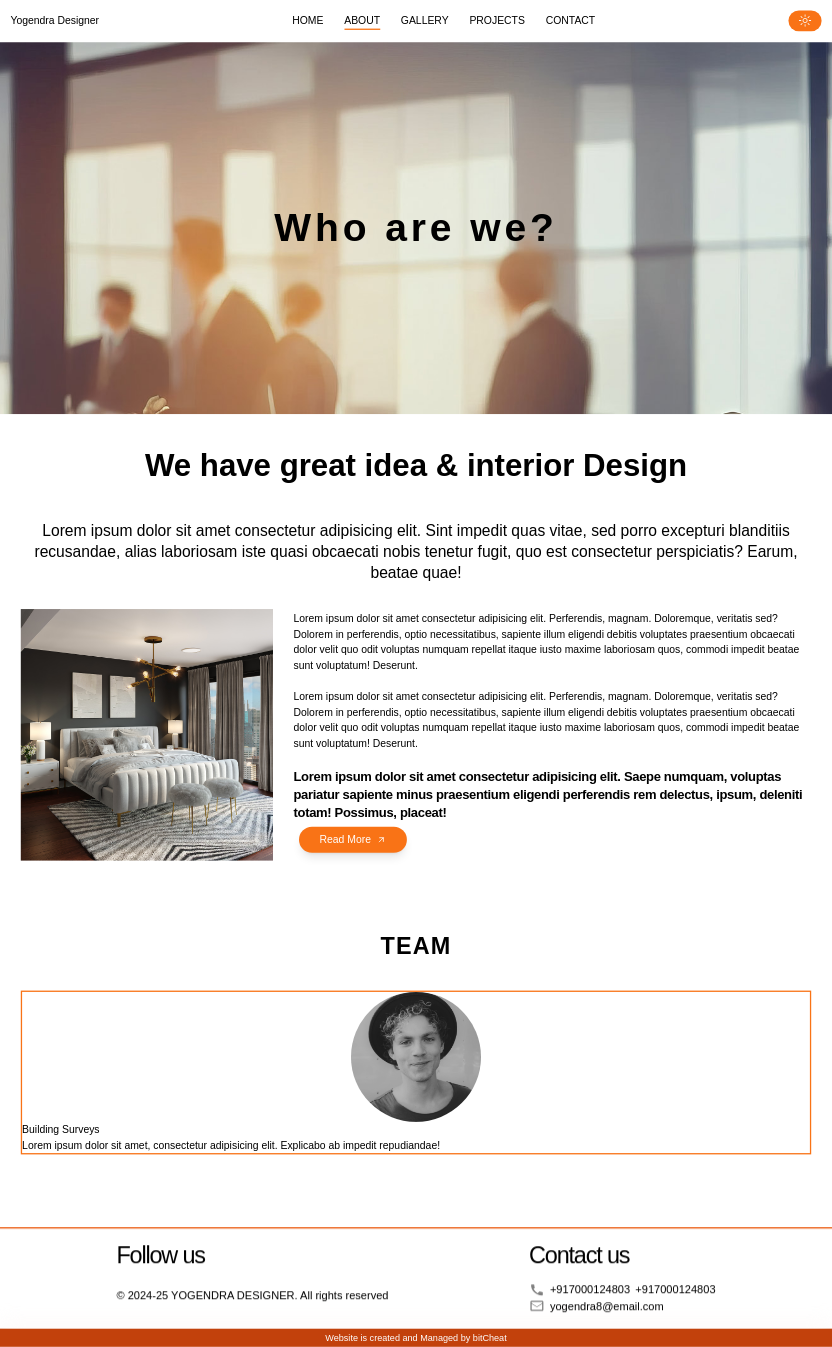
Repository: hitoutvrma/MB_designs-Interior-Designing-website
Page: /about
An editor plug-in stored every save of this project. The page is shown before and after the next save, followed by the edit.
The browser window is 1280 px wide. The pictures show the whole page, at 65% of full size.
The project was rebuilt for these pictures with package versions that can differ from the ones it lists, and the page was loaded fresh each time. The framework's server and built-in components were replaced by stand-ins that run in the browser. Also part of the build but not shown: next.config.mjs.

Above is the page before, as saved 2024-09-16 20:58:46.

After the next save:
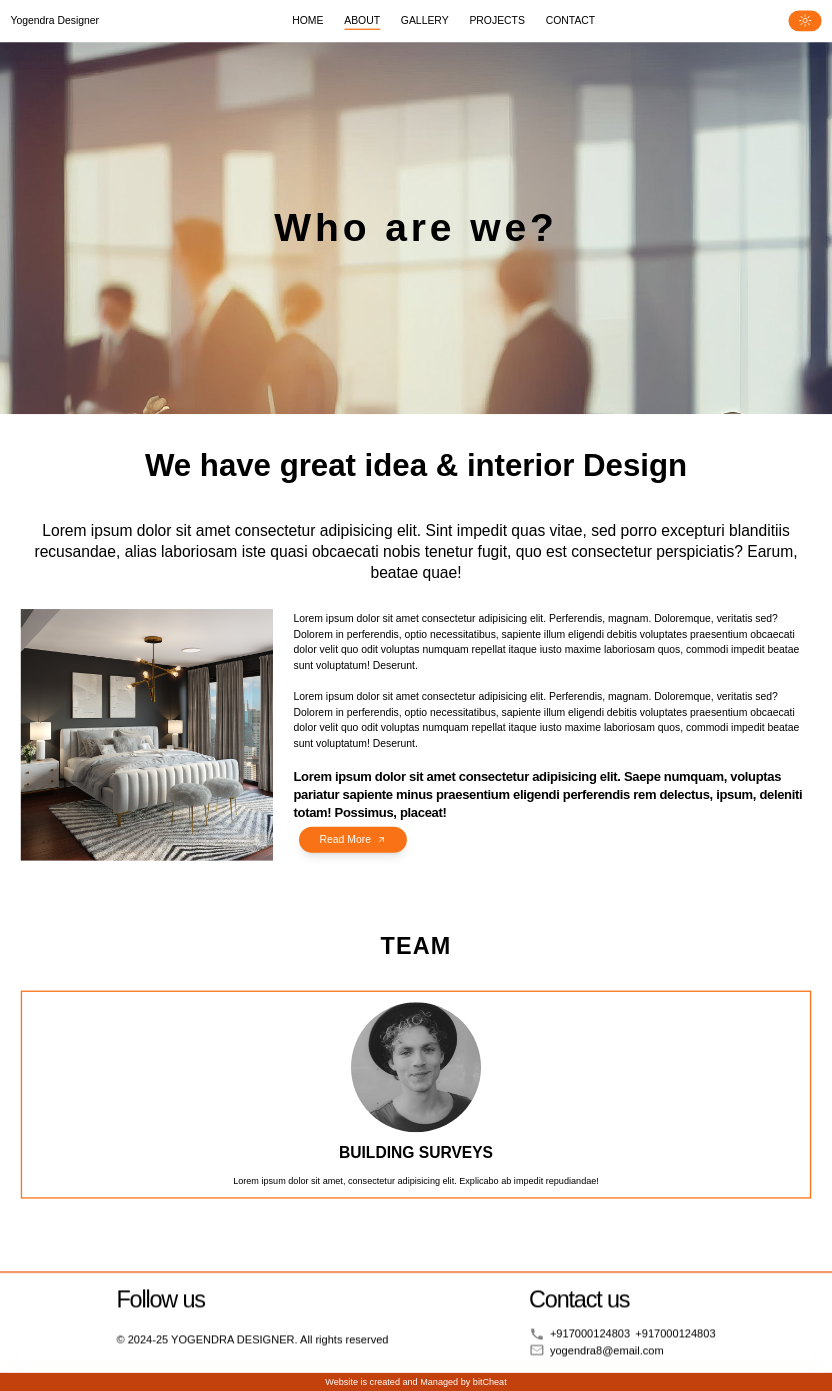
Saved 67 s later.
--- a/app/about/page.jsx
+++ b/app/about/page.jsx
@@ -44,10 +44,10 @@ const page = () => {
         </div>
         <div className='grid py-8'>
           <div className='border-2 border-primary'>
-            <div>
+            <div className='p-4 text-center'>
               <Image src="/image/profile2.jpg" width={200} height={200} alt='' className='mx-auto rounded-full'/>
-              <h2>Building Surveys</h2>
-              <p>Lorem ipsum dolor sit amet, consectetur adipisicing elit. Explicabo ab impedit repudiandae!</p>
+              <h2 className='py-4 text-2xl font-semibold uppercase'>Building Surveys</h2>
+              <p className='text-sm'>Lorem ipsum dolor sit amet, consectetur adipisicing elit. Explicabo ab impedit repudiandae!</p>
 
             </div>
           </div>
